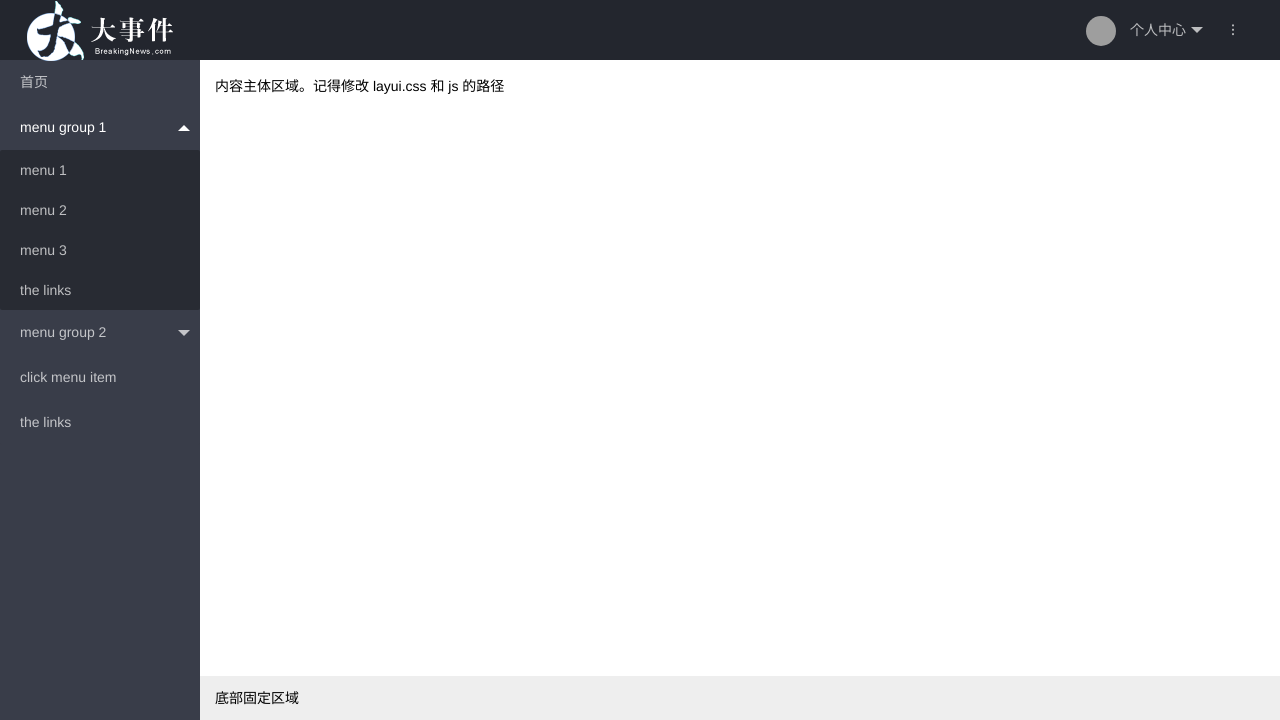
Repository: lithronmatic/web_bigbigevent
Page: index.html
An editor plug-in stored every save of this project. The page is shown before and after the next save, followed by the edit.
The browser window is 1280 px wide. The pictures show the whole page.
Pictures or frames that could not be fetched are drawn as grey boxes. The page's requests for data from a server got no answer.

Above is the page before, as saved 2022-09-03 08:46:44.

After the next save:
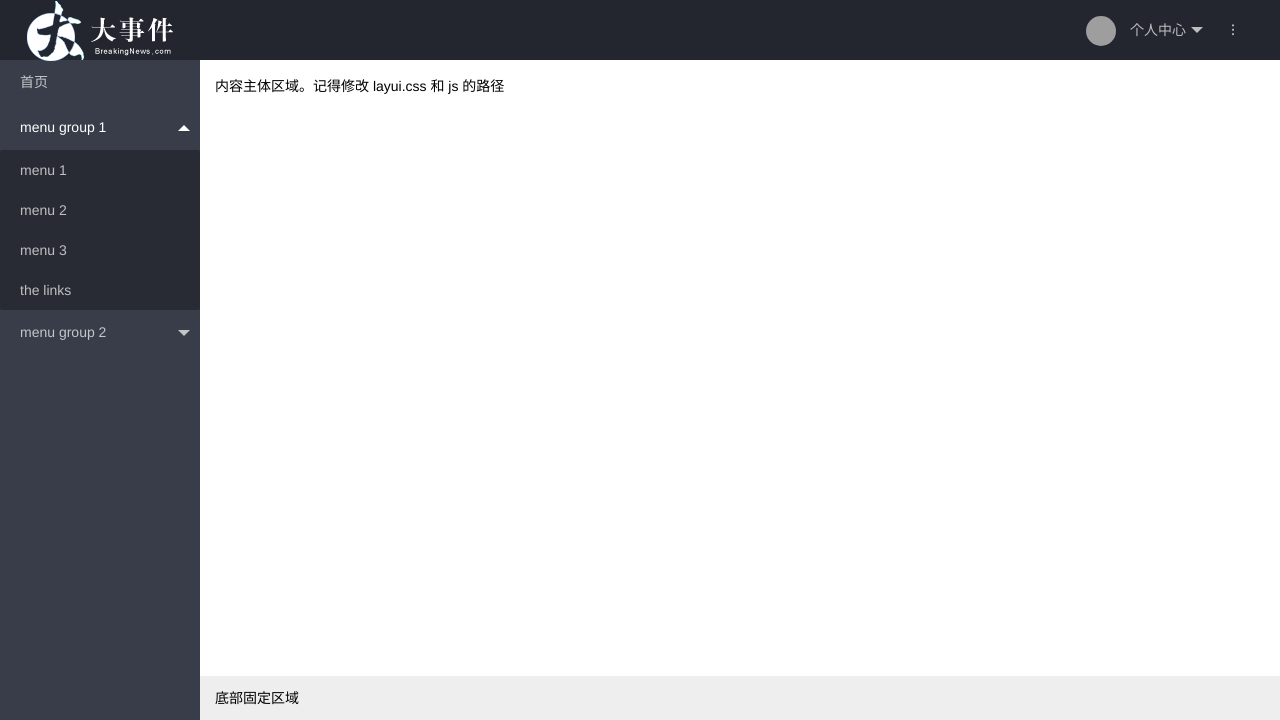
Saved 28 s later.
--- a/index.html
+++ b/index.html
@@ -59,8 +59,6 @@
                             <dd><a href="">超链接</a></dd>
                         </dl>
                     </li>
-                    <li class="layui-nav-item"><a href="javascript:;">click menu item</a></li>
-                    <li class="layui-nav-item"><a href="">the links</a></li>
                 </ul>
             </div>
         </div>
